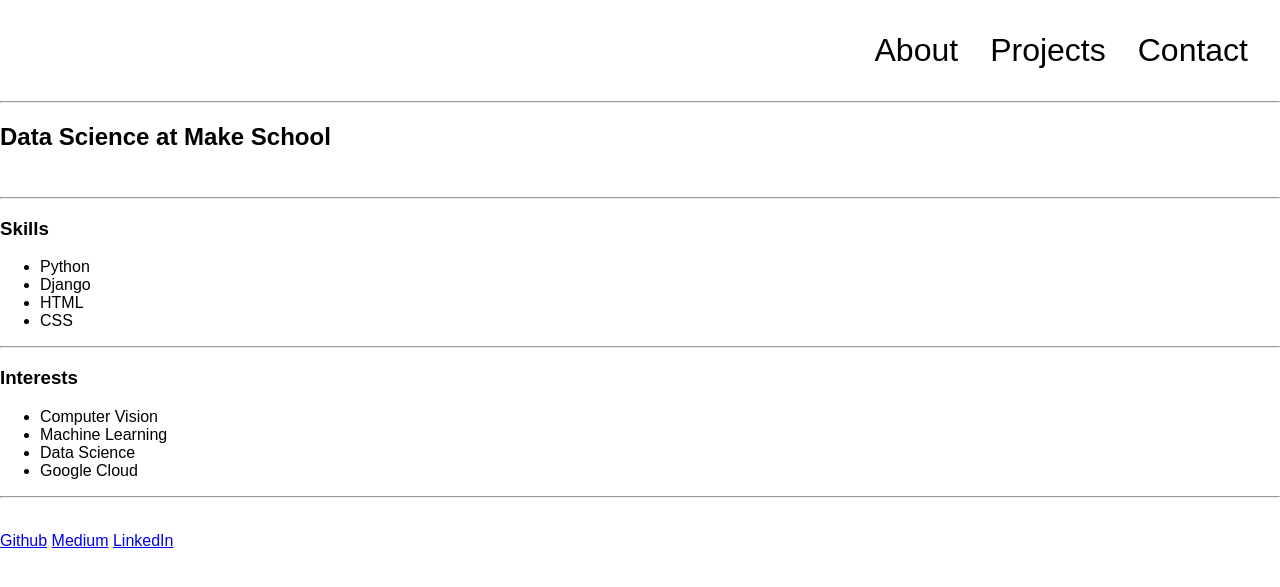
Repository: SamirIngley/html-semantic
Page: index.html
The author's editor kept a copy of each file at every save. The page is drawn from the files as they stood at one save, then again after the next save.
The browser window is 1280 px wide. The pictures show the whole page.

Above is the page before, as saved 2020-01-28 17:02:25.

After the next save:
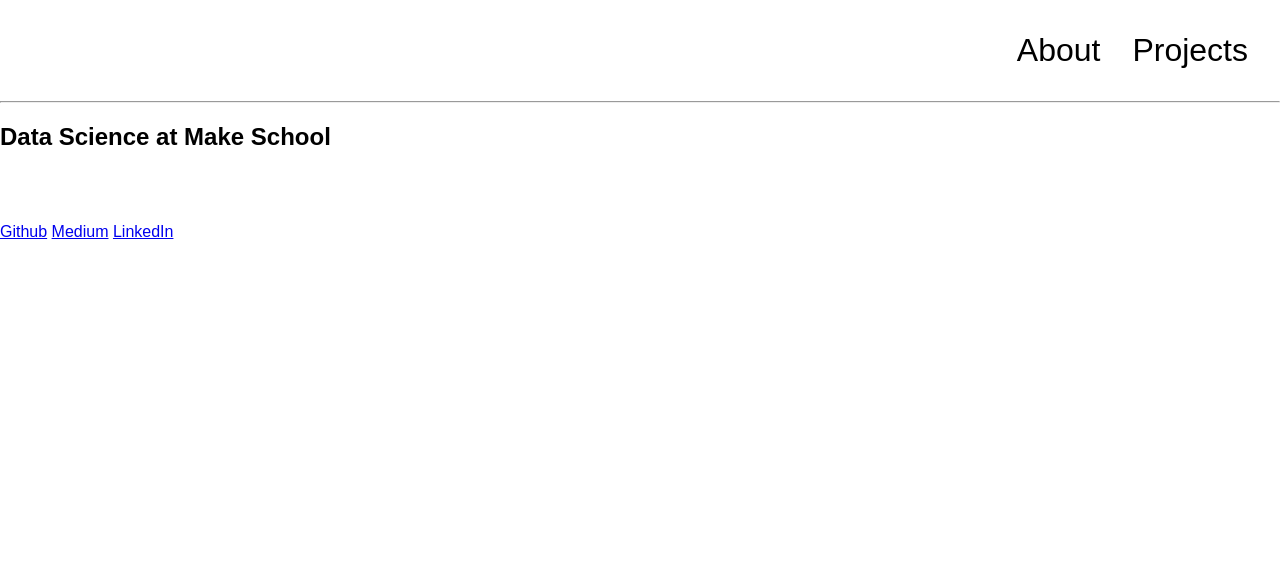
Saved 94 s later.
--- a/index.html
+++ b/index.html
@@ -12,7 +12,6 @@
                 <ul>
                     <li><a href="#">About</a></li>
                     <li><a href="#">Projects</a></li>
-                    <li><a href="#">Contact</a></li>
                   </ul>
             </nav>
         </header>
@@ -25,28 +24,7 @@
         <h2><b>Data Science</b> at Make School</h2>
         <br>
 
-        <hr>
-        <section>
-            <h3>Skills</h3>
-            <ul>
-                <li>Python</li>
-                <li>Django</li>
-                <li>HTML</li>
-                <li>CSS</li>
-            </ul>
-        </section>
-        <hr>
-        <section>
-            <h3>Interests</h3>
-            <ul>
-                <li>Computer Vision</li>
-                <li>Machine Learning</li>
-                <li>Data Science</li>
-                <li>Google Cloud</li>
-            </ul>
-        </section>
-        <hr>
-        <p>
+
 
         </p>
         <footer>
